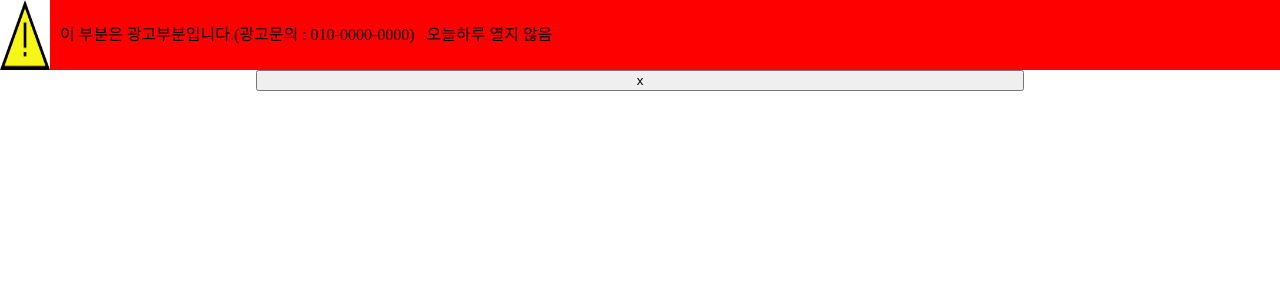
Repository: leehyeonung/myproject
Page: http://localhost/myproject/
These files come from the project's save history. The page is drawn as it stood at one moment and after the next save; the edit follows.
The browser window is 1280 px wide. The pictures show the whole page.
The page is served by Tomcat 9.

Above is the page before, as saved 2023-03-15 12:07:20.

### myproject/src/main/webapp/index.jsp
<%@ page language="java" contentType="text/html; charset=EUC-KR"
    pageEncoding="EUC-KR"%>
<!DOCTYPE html>
<html>
<head>
<meta charset="EUC-KR">
<title>index</title>
</head>
<body>
<jsp:include page="header.jsp"></jsp:include>
<section>

</section>
<jsp:include page="footer.jsp"></jsp:include>
</body>
</html>

### myproject/src/main/webapp/header.jsp
<%@ page language="java" contentType="text/html; charset=EUC-KR"
    pageEncoding="EUC-KR"%>
<!DOCTYPE html>
<html>
<head>
<meta charset="EUC-KR">
<title>header</title>
<link rel="stylesheet" type="text/css" href="/resources/css/header.css">
</head>
<body>

<div class="ad">
<img alt="" src="/resources/image/warning2.jpg">

<div class="ad_text">
이 부분은 광고부분입니다.(광고문의 : 010-0000-0000) &nbsp;
오늘하루 열지 않음

<form action="">
<input type="checkbox" name="today_check">
<button type="button" value="">x</button>
</form>
</div>
</div>

<header>
</header>

<nav>
</nav>



</body>
</html>

### myproject/src/main/webapp/footer.jsp
<%@ page language="java" contentType="text/html; charset=EUC-KR"
    pageEncoding="EUC-KR"%>
<!DOCTYPE html>
<html>
<head>
<meta charset="EUC-KR">
<title>footer</title>
</head>
<body>

</body>
</html>

### myproject/src/main/webapp/resources/css/header.css
*{
	position: fixed;
	width:60%;
	left:20%;
}

.ad img{
	left:0px;
	width:50px;
	height: 70px;
}

.ad{
	left:0px;
	width:100%;
	top:0px;
	height:70px;
	background-color: red;
	line-height: 70px;
}
.ad_text{
	left:50px;
	padding-left: 10px;
}
header{

}

nav{

}

After the next save:
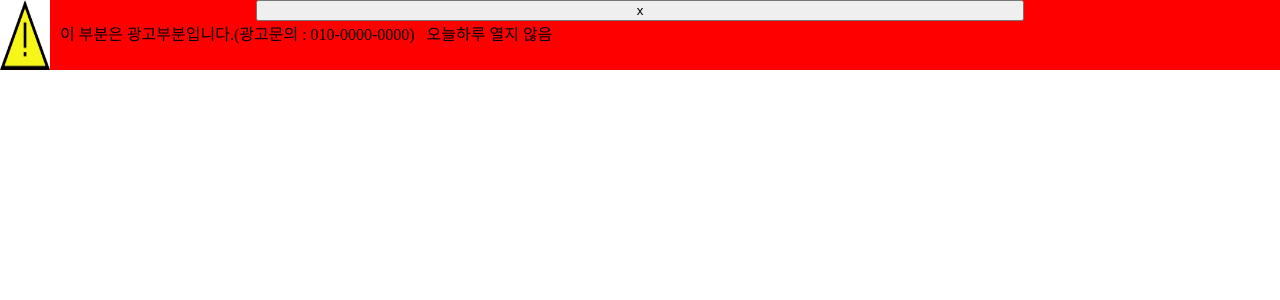
Saved 43 s later.
--- a/myproject/src/main/webapp/header.jsp
+++ b/myproject/src/main/webapp/header.jsp
@@ -13,13 +13,8 @@
 <img alt="" src="/resources/image/warning2.jpg">
 
 <div class="ad_text">
-이 부분은 광고부분입니다.(광고문의 : 010-0000-0000) &nbsp;
-오늘하루 열지 않음
-
-<form action="">
-<input type="checkbox" name="today_check">
+이 부분은 광고부분입니다.(광고문의 : 010-0000-0000) &nbsp; 오늘하루 열지 않음
 <button type="button" value="">x</button>
-</form>
 </div>
 </div>
 
